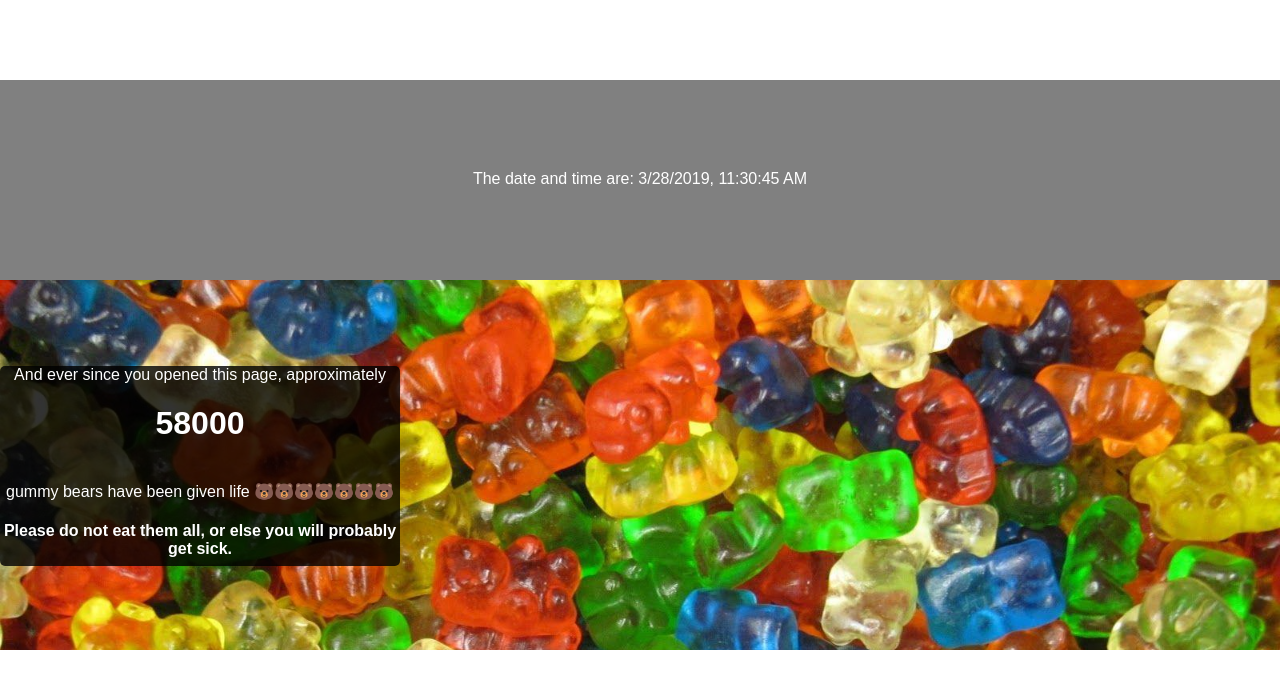
Repository: crispinonicky/gummy-facts
Page: /
These files come from the project's save history. The page is drawn as it stood at one moment and after a run of saves; the edit follows.
The browser window is 1280 px wide. The pictures show the whole page.
The project was rebuilt for these pictures with package versions that can differ from the ones it lists, and the page was loaded fresh each time.

Above is the page before, as saved 2019-03-28 15:41:35.

### src/App.js
import React, { Component } from 'react';
import './App.css';
import Clock from './components/Clock';
import GummyCount from './components/GummyCount';
import Map from './components/Map';


class App extends Component {
  constructor(props){
    super(props)

    this.state = {
      name: "Nick"
    }

  }



  render() {
    return (
      <div className="App">


      <h1>
        Hi {this.state.name}!
      </h1>

        <Clock />
        <GummyCount />
        <Map />


      </div>
    );
  }
}

export default App;

### src/App.css
.App {
  text-align: center;
  margin: 0 auto;
  font-family: Arial, Helvetica, sans-serif;
  color: white;
}

.Clock {
  height: 200px;
  background: gray;
}

.Clock p {
  position: relative;
  top: 90px;

}

.Count {
  height: 300px;
  background: url('./images/gummy\ bears.jpg');
  background-size: cover;
  padding-top: 70px;

}

.gray-box{
  background-color: rgba(0, 0, 0, 0.8);
  height: 200px;
  width: 400px;
  border-radius: 5px;
}

/* #googleMap {
  height: 300px;
  width: 400px;
} */

### src/components/Clock.js
import React, { Component } from "react";
import "../App.css";

let time = new Date().toLocaleString();

class Clock extends React.Component {
  constructor(props) {

    super(props)
    this.state = {
      time: new Date().toLocaleString(),
    };
  }

  componentDidMount() {
    this.intervalID = setInterval(
      () => this.tick(),
      1000
    )
  }

  componentWillUnmount() {
    clearInterval(this.intervalID);
  }

  tick() {
    this.setState({
      time: new Date().toLocaleString()
    });
  }

  render() {
    return (
      <div className = "Clock">
      <p>
        The date and time are: {this.state.time}
      </p>
      </div>
    );
  }
}

console.log(typeof time)


export default Clock;

### src/components/GummyCount.js
const React = require('react')

class GummyCount extends React.Component {
  constructor(props) {
    super(props);
    this.state = {
      seconds: 0,
    };
  }

  tick() {
    this.setState(state => ({
      seconds: state.seconds + 1
    }));
  }

  componentDidMount() {
    this.interval = setInterval(() => this.tick(), 10);
  }

  componentWillUnmount() {
    clearInterval(this.interval);
  }

  render() {

    return (
<div>
      <div className = "Count">
      <div className = "gray-box">
        <p>
        And ever since you opened this page, approximately
        <br/>
        <h1>{this.state.seconds * 116}</h1>
        <br/>
        gummy bears have been given life 🐻🐻🐻🐻🐻🐻🐻
        </p>
        <h4>
          Please do not eat them all, or else you will probably get sick.
        </h4>
        </div>
      </div>
      </div>
    );
  }
}

export default GummyCount;

### src/components/Map.js
import React, { Component } from 'react';
import '../App.css';

// my map: https://maps.googleapis.com/maps/api/js?key=AIzaSyCrbuDGnqcHSG6nK1oo2PyiiXvsyWLZelo&callback=myMap

class Map extends React.Component {
  constructor(props){
    super(props)

    this.state = {
      name: "Nick"
    }

  }



  render() {
    return (
      <div className="Map">

<div id="googleMap">

</div>



      </div>
    );
  }
}

export default Map;

Loaded but not shown: public/index.html (common file); src/index.js (common file); src/index.css (common file); src/serviceWorker.js (common file)

After the next 2 saves:
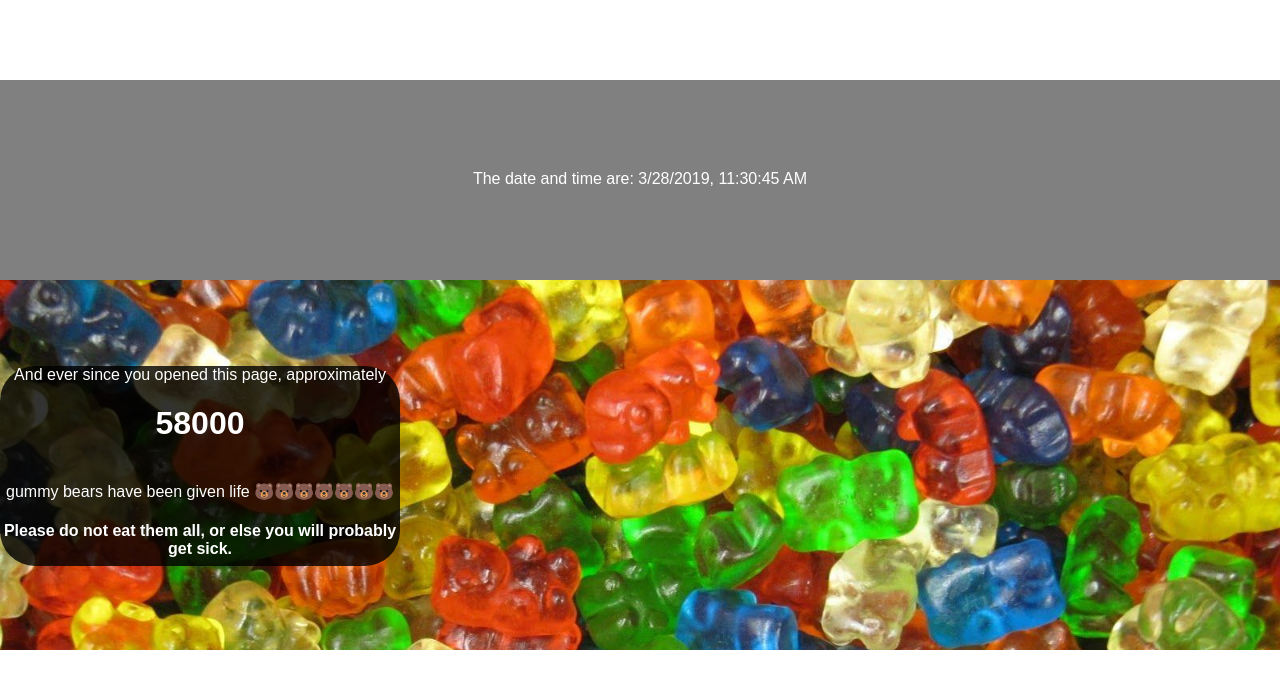
The 2 saves are shown as one change because they came seconds apart.
The last was saved 7 s later.
--- a/src/App.css
+++ b/src/App.css
@@ -28,7 +28,7 @@
   background-color: rgba(0, 0, 0, 0.8);
   height: 200px;
   width: 400px;
-  border-radius: 5px;
+  border-radius: 35px;
 }
 
 /* #googleMap {
